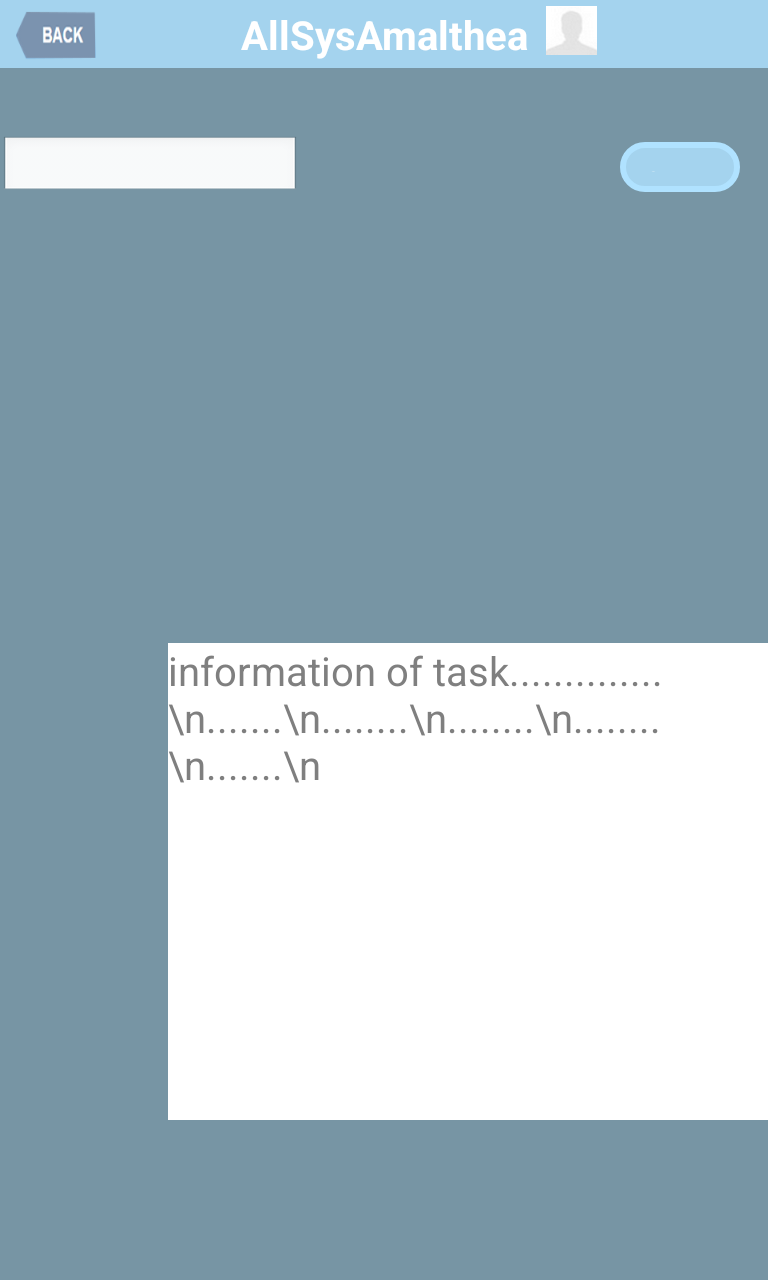
Repository: AllSysAmalthea/AllSys
Layout: APP/AppUI code/代码/Allsys/res/layout/activity_search.xml
The author's editor kept a copy of each file at every save. The layout is drawn from the files as they stood at one save, then again after the next save.
It is drawn on a 768 x 1280 px phone screen (xhdpi) without system bars, with theme android:Theme.NoTitleBar; the app's code is not run.

Above is the layout before, as saved 2015-06-06 07:29:53.

### APP/AppUI code/代码/Allsys/res/layout/activity_search.xml
<RelativeLayout xmlns:android="http://schemas.android.com/apk/res/android"
    xmlns:tools="http://schemas.android.com/tools"
    android:layout_width="match_parent"
    android:layout_height="wrap_content"
    android:layout_gravity="center_horizontal"
    android:background="@drawable/back"
    android:gravity="top"
    tools:context=".VoluteerAvtivity" >

    <AbsoluteLayout
        android:id="@+id/linearLayout1"
        android:layout_width="fill_parent"
        android:layout_height="wrap_content"
        android:orientation="horizontal" >

        <TextView
            android:id="@+id/header_text"
            android:layout_width="fill_parent"
            android:layout_height="68px"
            android:layout_x="0px"
            android:layout_y="0px"
            android:background="#A4D3EE"
            android:gravity="center"
            android:singleLine="true"
            android:text="AllSysAmalthea"
            android:textColor="#ffffff"
            android:textSize="20sp"
            android:textStyle="bold" />

        <ImageButton
            android:id="@+id/user"
            android:layout_width="100px"
            android:layout_height="100px"
            android:layout_x="260dp"
            android:layout_y="-10dp"
            android:background="@drawable/user" />

        <ImageButton
            android:id="@+id/exit"
            android:layout_width="80px"
            android:layout_height="80px"
            android:layout_x="8dp"
            android:layout_y="-4dp"
            android:background="@drawable/pic2" />
    </AbsoluteLayout>

    <TextView
        android:id="@+id/businesscardsingle_content_abstract"
        android:layout_width="300dp"
        android:layout_height="wrap_content"
        android:layout_alignParentBottom="true"
        android:layout_alignParentRight="true"
        android:layout_marginBottom="80dp"
        android:background="#ffffff"
        android:lineSpacingMultiplier="1.0"
        android:lines="10"
        android:text="information of task..............\n.......\n........\n........\n........\n.......\n"
        android:textColor="#7f7f7f"
        android:textSize="20sp" />

    <Button
        android:id="@+id/Search"
        android:layout_width="120px"
        android:layout_height="50px"
        android:layout_alignBaseline="@+id/searchContent"
        android:layout_alignBottom="@+id/searchContent"
        android:layout_alignParentRight="true"
        android:layout_marginRight="14dp"
        android:background="@drawable/shape3"
        android:text="Search"
        android:textColor="#ffffff"
        android:textSize="14sp" />

    <EditText
        android:id="@+id/searchContent"
        android:layout_width="300px"
        android:layout_height="60px"
        android:layout_alignParentLeft="true"
        android:layout_below="@+id/linearLayout1"
        android:layout_marginTop="28dp"
        android:ems="10"
        android:textSize="20sp" />

</RelativeLayout>

### APP/AppUI code/代码/Allsys/res/drawable-mdpi/shape3.xml
<?xml version="1.0" encoding="utf-8"?>
<shape xmlns:android="http://schemas.android.com/apk/res/android"
    android:shape="rectangle" >

    <!-- 填充的颜色：这里设置背景透明 -->
    <solid android:color="#A4D3EE" />
    <!-- 边框的颜色 ：不能和窗口背景色一样-->
    <stroke
        android:width="3dp"
        android:color="#B0E2FF" />
    <!-- 设置按钮的四个角为弧形 -->
    <!-- android:radius 弧形的半径 -->
    <corners android:radius="15dip" />

    <!-- padding：Button里面的文字与Button边界的间隔 -->
    <padding
        android:bottom="10dp"
        android:left="10dp"
        android:right="10dp"
        android:top="10dp" />

</shape>

After the next save:
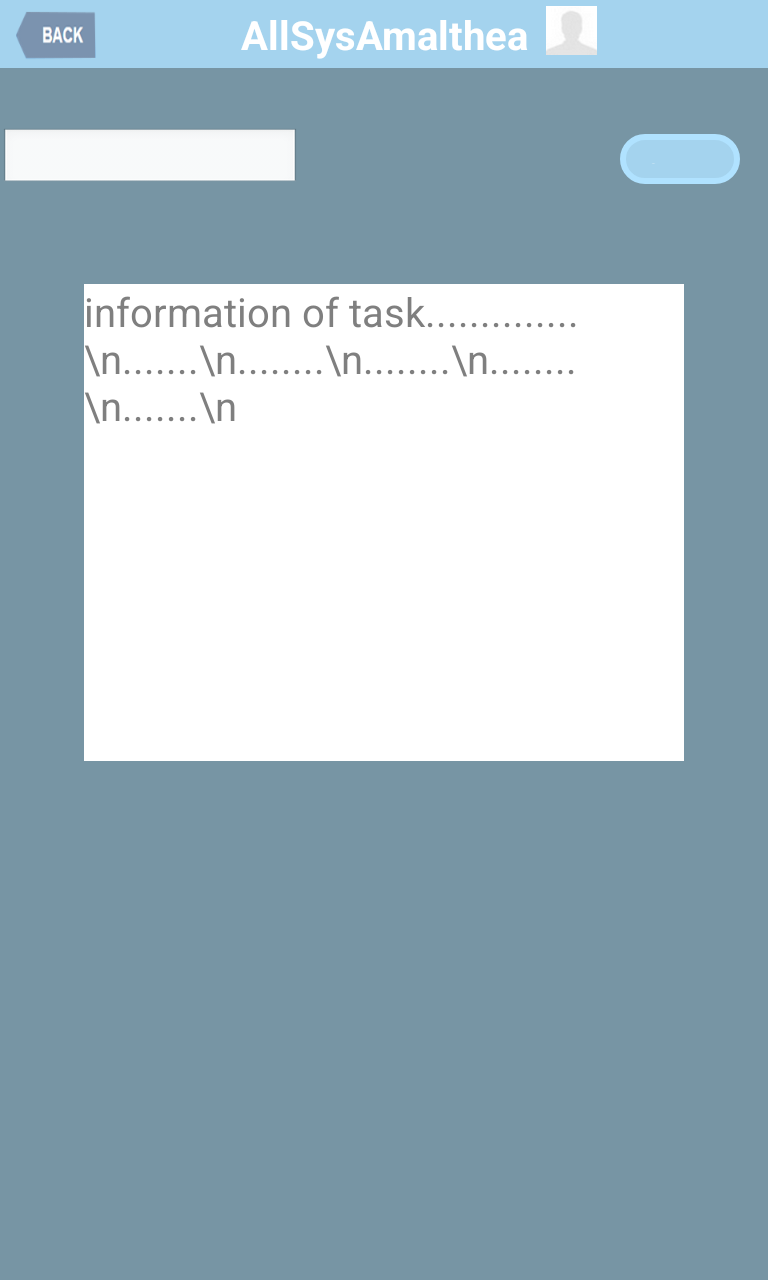
Saved 63 s later.
--- a/APP/AppUI code/代码/Allsys/res/layout/activity_search.xml
+++ b/APP/AppUI code/代码/Allsys/res/layout/activity_search.xml
@@ -44,20 +44,6 @@
             android:background="@drawable/pic2" />
     </AbsoluteLayout>
 
-    <TextView
-        android:id="@+id/businesscardsingle_content_abstract"
-        android:layout_width="300dp"
-        android:layout_height="wrap_content"
-        android:layout_alignParentBottom="true"
-        android:layout_alignParentRight="true"
-        android:layout_marginBottom="80dp"
-        android:background="#ffffff"
-        android:lineSpacingMultiplier="1.0"
-        android:lines="10"
-        android:text="information of task..............\n.......\n........\n........\n........\n.......\n"
-        android:textColor="#7f7f7f"
-        android:textSize="20sp" />
-
     <Button
         android:id="@+id/Search"
         android:layout_width="120px"
@@ -77,8 +63,22 @@
         android:layout_height="60px"
         android:layout_alignParentLeft="true"
         android:layout_below="@+id/linearLayout1"
-        android:layout_marginTop="28dp"
+        android:layout_marginTop="24dp"
         android:ems="10"
         android:textSize="20sp" />
 
+    <TextView
+        android:id="@+id/businesscardsingle_content_abstract"
+        android:layout_width="300dp"
+        android:layout_height="wrap_content"
+        android:layout_below="@+id/searchContent"
+        android:layout_centerHorizontal="true"
+        android:layout_marginTop="48dp"
+        android:background="#ffffff"
+        android:lineSpacingMultiplier="1.0"
+        android:lines="10"
+        android:text="information of task..............\n.......\n........\n........\n........\n.......\n"
+        android:textColor="#7f7f7f"
+        android:textSize="20sp" />
+
 </RelativeLayout>
